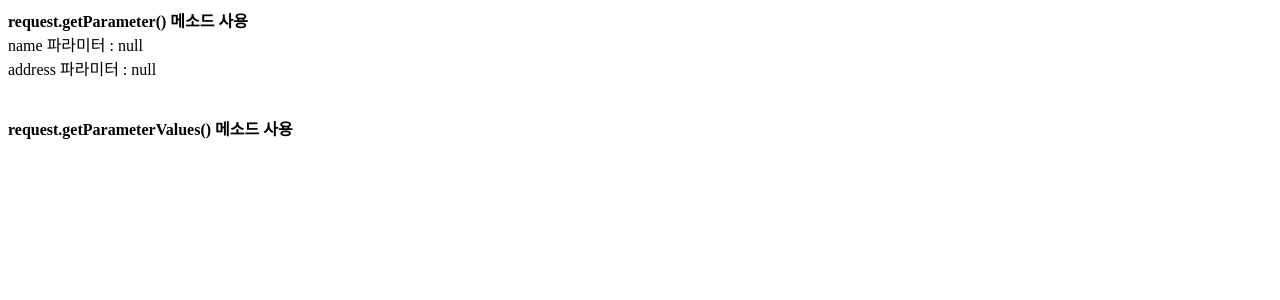
Repository: noopzzya/study_jsp_globalin
Page: http://localhost/ServletProject/implicit/viewParameter.jsp
The author's editor kept a copy of each file at every save. The page is drawn from the files as they stood at one save, then again after the next save.
The browser window is 1280 px wide. The pictures show the whole page.
The page is served by Tomcat 9.

Above is the page before, as saved 2023-02-01 00:48:47.

After the next save:
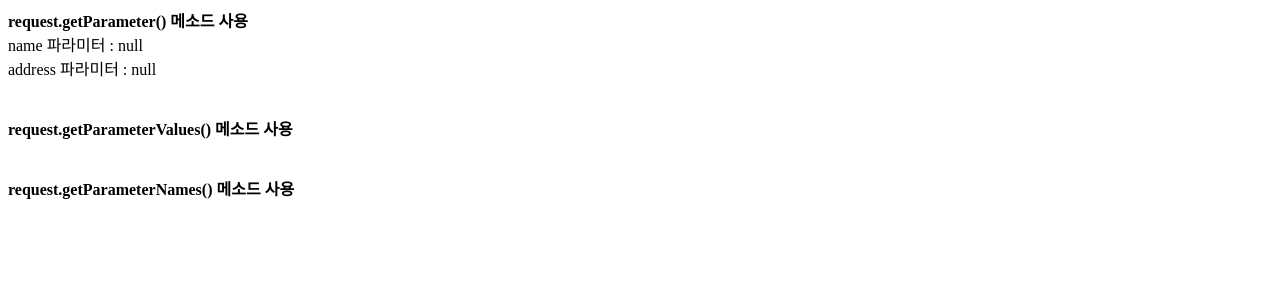
Saved 4 min 29 s later.
--- a/ServletProject/src/main/webapp/implicit/viewParameter.jsp
+++ b/ServletProject/src/main/webapp/implicit/viewParameter.jsp
@@ -33,7 +33,13 @@ address 파라미터 : <%=request.getParameter("address") %><br>
 	}
 %>
 <br><br>
-
+<b>request.getParameterNames() 메소드 사용</b><br>
+<%
+	Enumeration enumData = request.getParameterNames();
+	while(enumData.hasMoreElements()){
+		String name = (String)enumData.nextElement();
+	}
+%>
 
 </body>
 </html>
